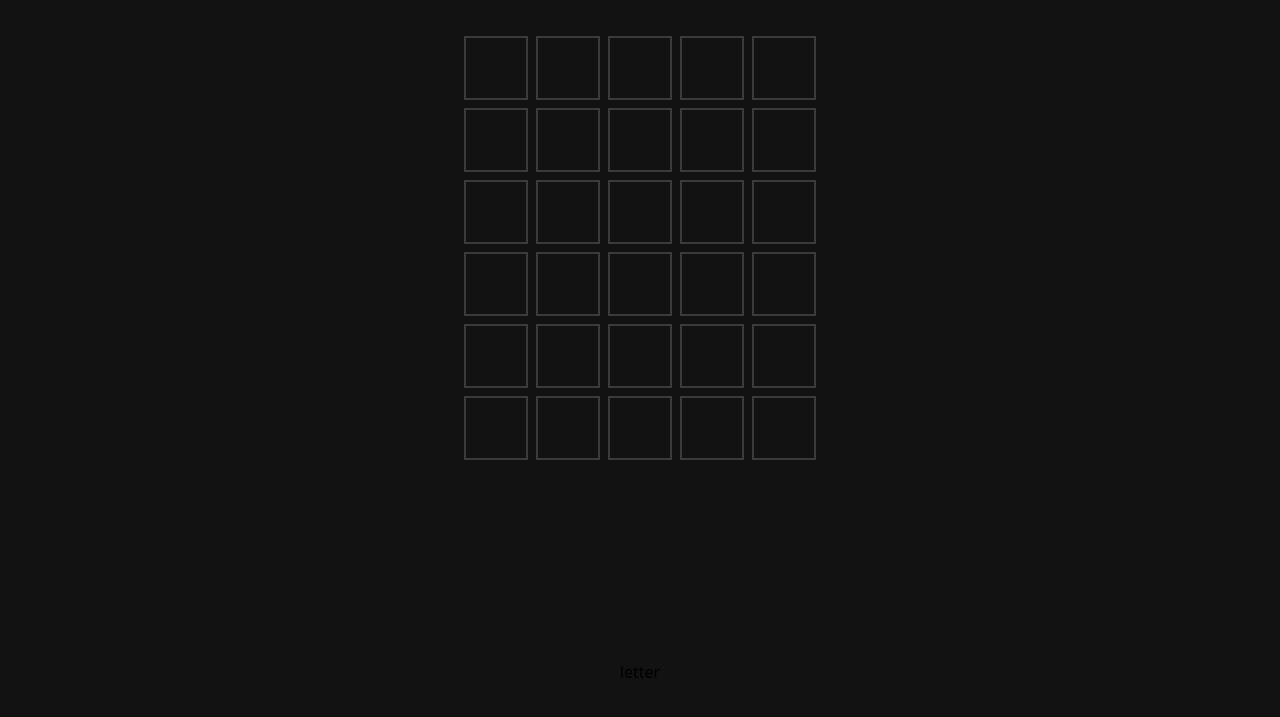
Repository: maxempolk/wordle-app
Page: / (app in frontend/)
The author's editor kept a copy of each file at every save. The page is drawn from the files as they stood at one save, then again after the next save.
The browser window is 1280 px wide. The pictures show the whole page.
The project was rebuilt for these pictures with package versions that can differ from the ones it lists, and the page was loaded fresh each time. Also part of the build but not shown: frontend/vite.config.ts.

Above is the page before, as saved 2025-02-19 03:33:25.

After the next save:
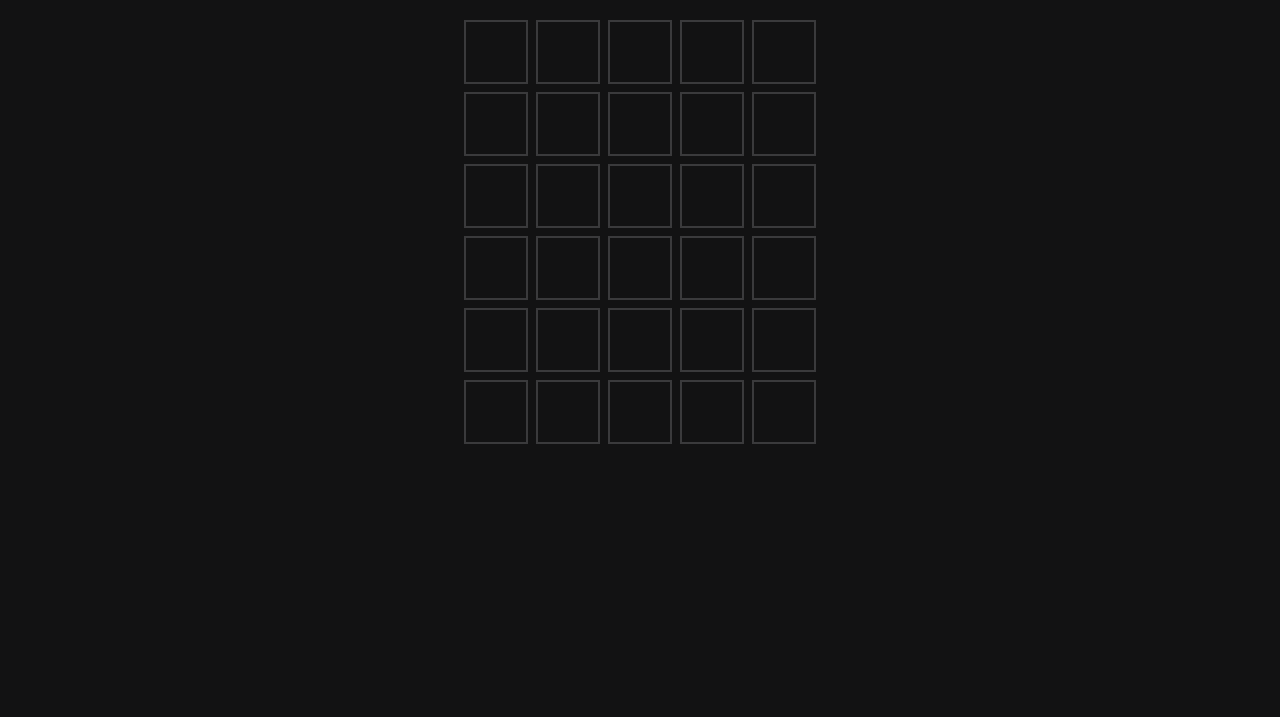
Saved 18 s later.
--- a/frontend/src/components/TheKeyboard.vue
+++ b/frontend/src/components/TheKeyboard.vue
@@ -1,9 +1,12 @@
 <script setup lang="ts">
+import TheKeyboardLetter from './TheKeyboardLetter.vue'
 const alph = ['QWERTYUIOP', 'ASDFGHJKL', 'ZXCVBNM']
 </script>
 
 <template>
   <div class="flex gap-2">
-    <div class="flex">letter</div>
+    <div class="flex">
+      <TheKeyboardLetter />
+    </div>
   </div>
 </template>
